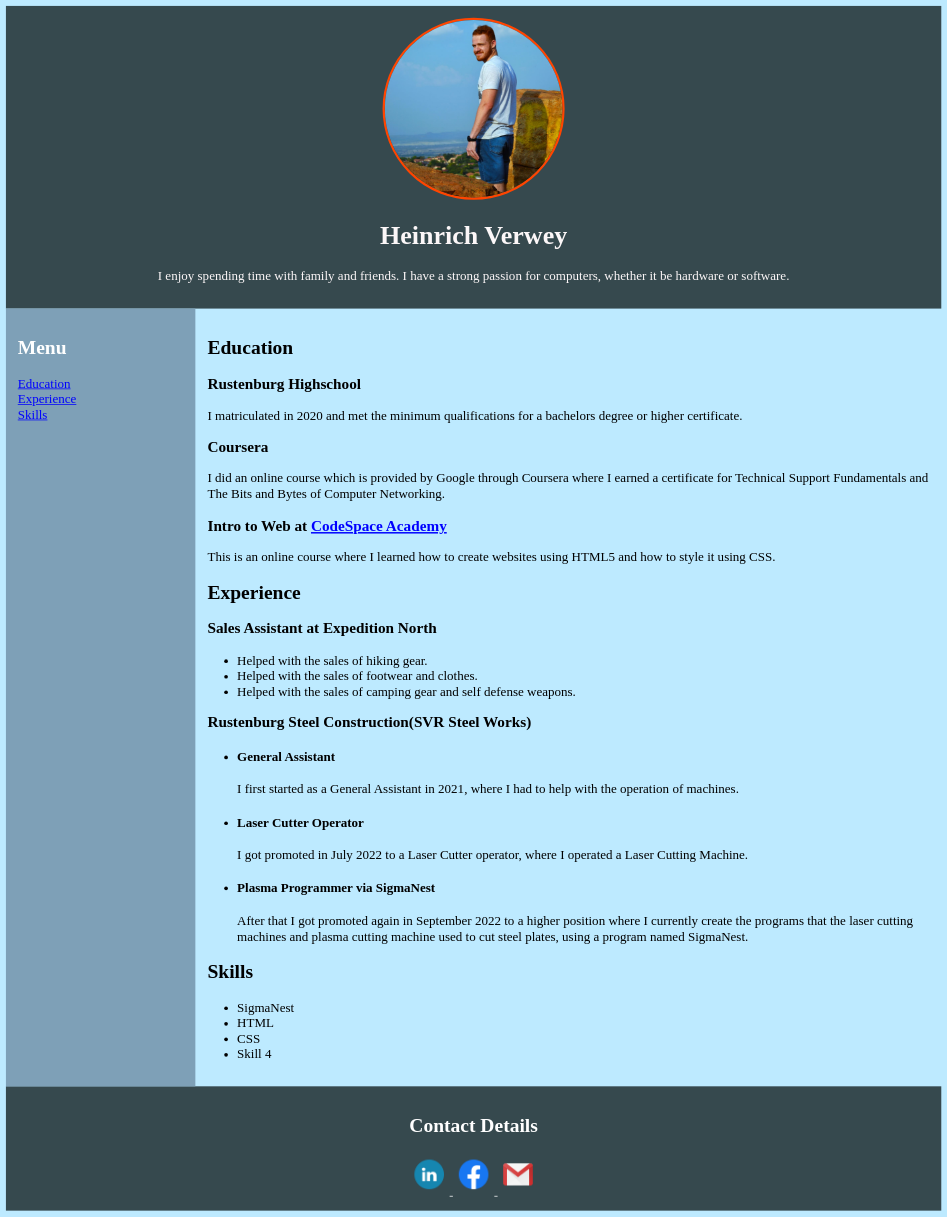
Repository: W3asl3y/IntroToWebDesign
Page: index.html
The author's editor kept a copy of each file at every save. The page is drawn from the files as they stood at one save, then again after the next save.
The browser window is 1280 px wide. The pictures show the whole page, at 74% of full size.

Above is the page before, as saved 2022-11-01 22:40:46.

After the next save:
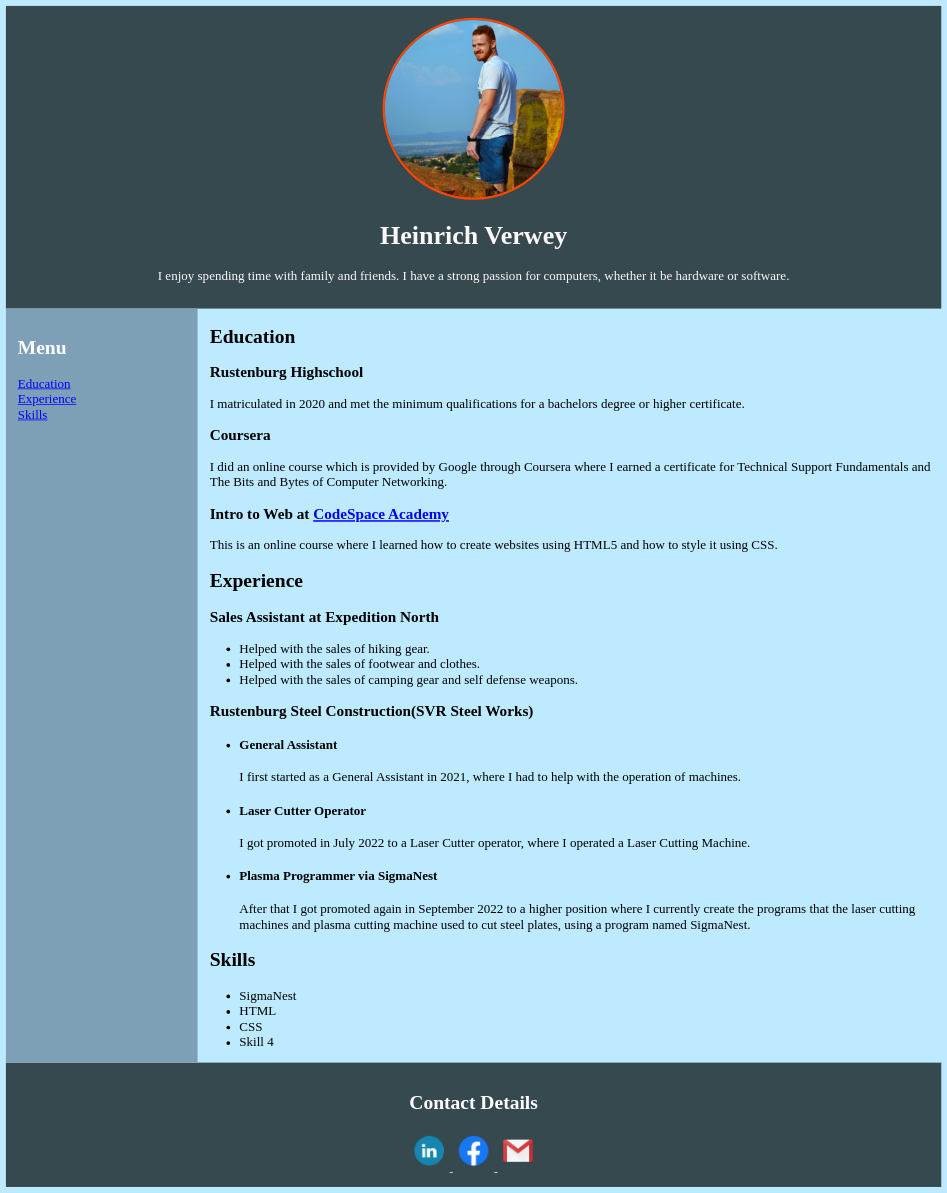
Saved 16 s later.
--- a/CSS/stylesheet.css
+++ b/CSS/stylesheet.css
@@ -43,7 +43,7 @@ header {
 }
 
 #contents {
-     padding: 1rem;
+     padding-left: 1rem;
 }
 
 a:link {
